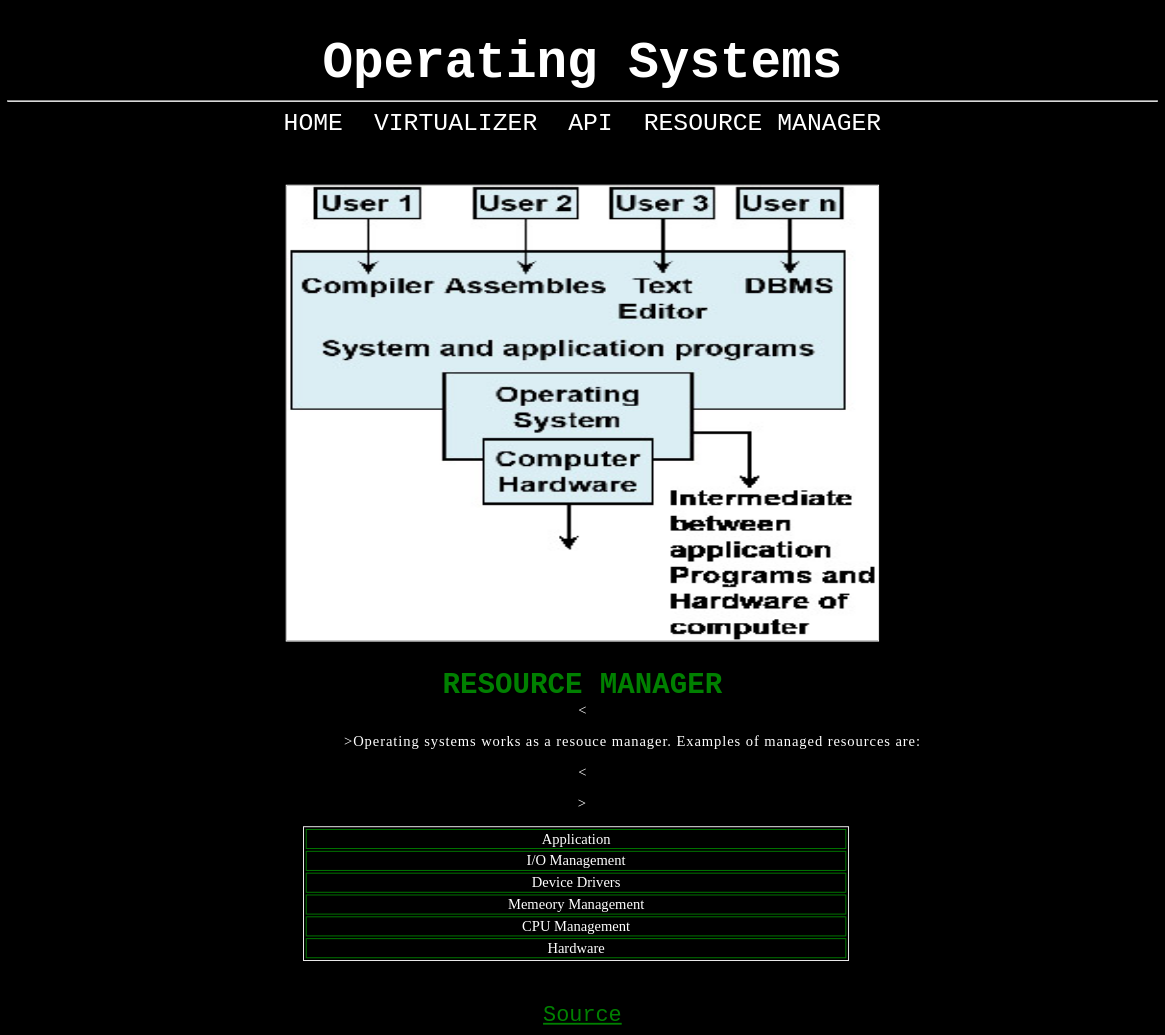
Repository: ctm93/website2
Page: http://localhost/page4.php
The author's editor kept a record of every edit. The page is drawn from the files as they stood at one moment, then again after the next edit.
The browser window is 1280 px wide. The pictures show the whole page, at 91% of full size.
Some web fonts or font styles are not loaded; a fallback is used. The page is run by PHP 8.4 with error messages shown; the project is at /var/www/html/.

Above is the page before.

After the next edit:
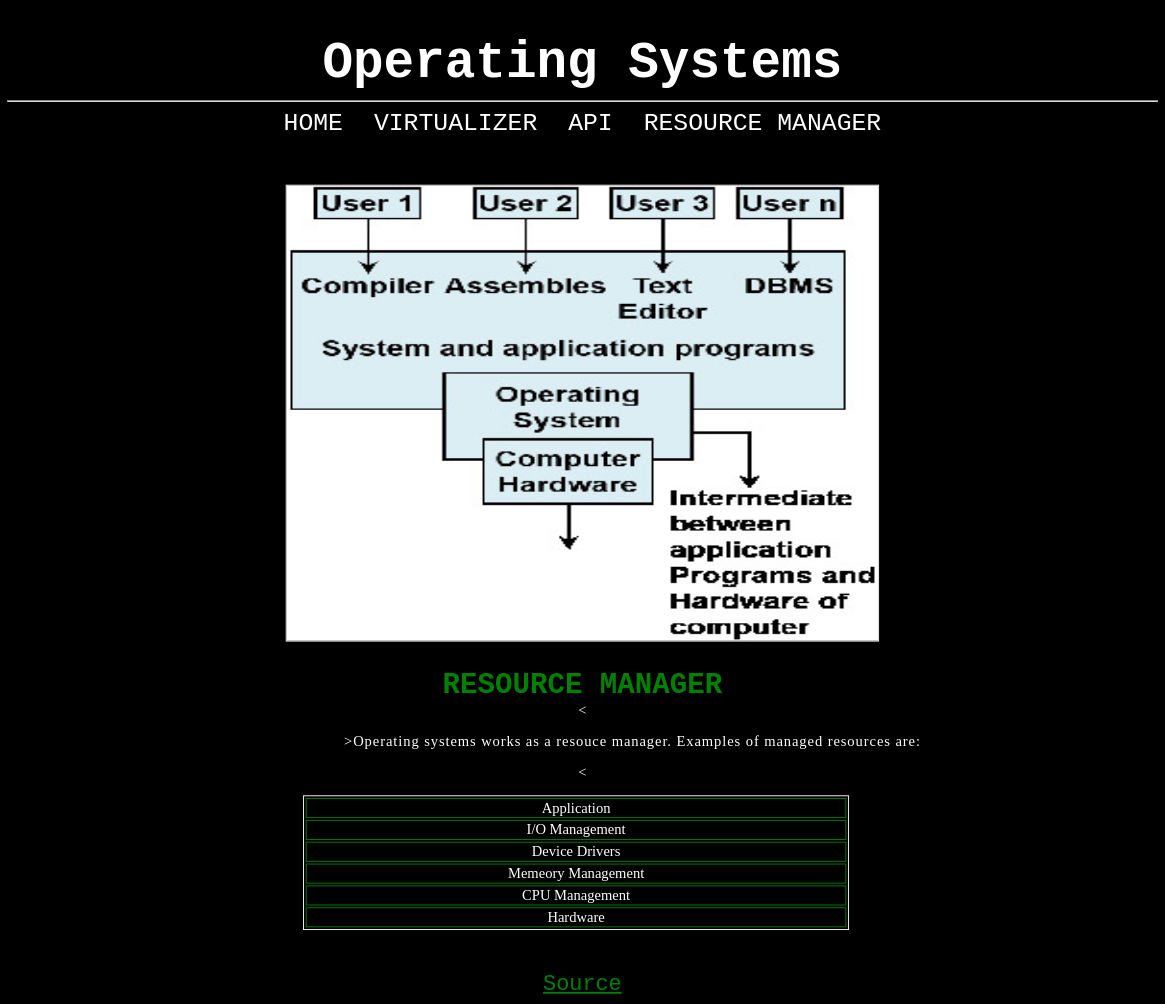
The edit:
--- a/page4.php
+++ b/page4.php
@@ -34,7 +34,7 @@
 
                 <<p class ="p2">>Operating systems works as a resouce manager. Examples of managed resources are:</p>
 
-                <<p class ="p3">>
+            <<p class ="p3">
                 <table>
                       <tr><td>Application</td></tr>
                       <tr><td>I/O Management</td></tr>
